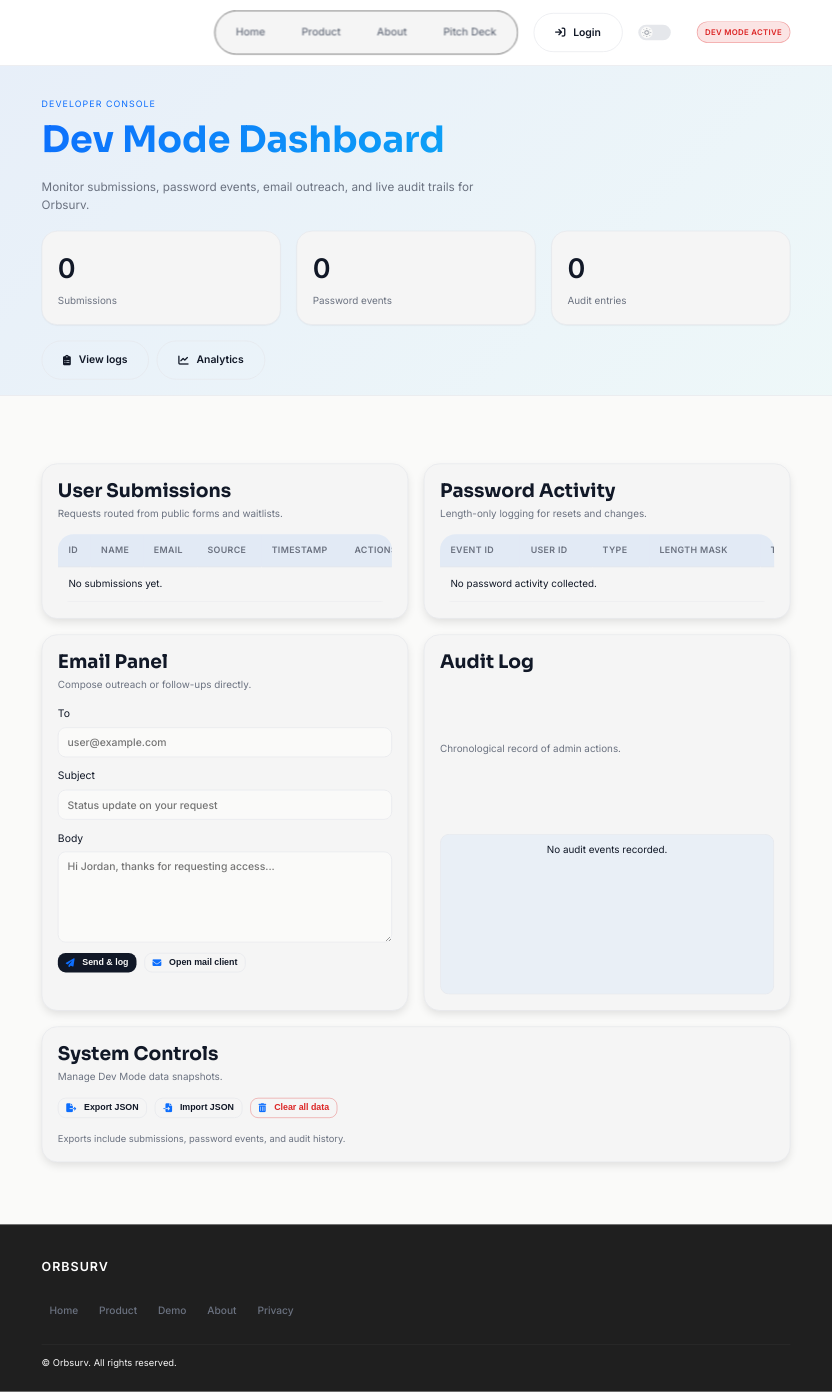
Repository: Wilker00/Orbsurv
Page: site/admin.html
The author's editor kept a copy of each file at every save. The page is drawn from the files as they stood at one save, then again after the next save.
The browser window is 1280 px wide. The pictures show the whole page, at 65% of full size.

Above is the page before, as saved 2025-10-20 21:30:34.

After the next save:
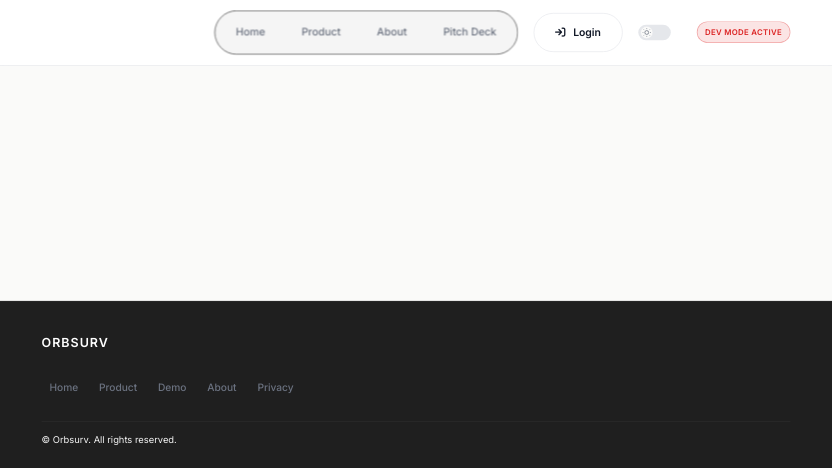
Saved 18 s later.
--- a/site/js/admin.js
+++ b/site/js/admin.js
@@ -62,6 +62,8 @@ async function init() {
   state = loadData();
 
   const unlocked = readUnlocked();
+  console.log('Unlocked state:', unlocked); // Debug log
+
   bindUI();
 
   if (unlocked) {
@@ -213,11 +215,14 @@ function unlockDashboard({ skipAudit = false } = {}) {
   console.log('Modal element:', modal);
   console.log('Content element:', content);
 
+  // Always hide modal and show content regardless of skipAudit
   if (modal) {
+    modal.style.display = 'none';
     modal.setAttribute('hidden', 'hidden');
     console.log('Modal hidden');
   }
   if (content) {
+    content.style.display = 'block';
     content.removeAttribute('hidden');
     console.log('Content shown, hidden attribute removed');
   }
@@ -233,9 +238,16 @@ function unlockDashboard({ skipAudit = false } = {}) {
 
 function showPasscodeModal() {
   const modal = document.querySelector('[data-passcode-modal]');
+  const content = document.querySelector('[data-admin-content]');
   const input = document.querySelector('#admin-passcode');
+
   if (modal) {
+    modal.style.display = 'grid';
     modal.removeAttribute('hidden');
+  }
+  if (content) {
+    content.style.display = 'none';
+    content.setAttribute('hidden', 'hidden');
   }
   if (input) {
     setTimeout(() => input.focus(), 100);
@@ -467,6 +479,10 @@ function commit({ audit, render: shouldRender = true } = {}) {
 function render() {
   try {
     console.log('Rendering admin dashboard...');
+    console.log('Submissions count:', state.submissions.length);
+    console.log('Password events count:', state.passwordEvents.length);
+    console.log('Audit entries count:', state.audit.length);
+
     renderSubmissions();
     renderPasswordEvents();
     renderAudit();
@@ -474,12 +490,16 @@ function render() {
     console.log('Admin dashboard rendered successfully');
   } catch (error) {
     console.error('Error rendering admin dashboard:', error);
+    showToast('Error rendering dashboard', 'error');
   }
 }
 
 function renderSubmissions() {
   const tbody = document.querySelector('[data-submissions-body]');
-  if (!tbody) return;
+  if (!tbody) {
+    console.warn('Submissions body element not found');
+    return;
+  }
 
   if (!state.submissions.length) {
     tbody.innerHTML = `<tr><td colspan="6" class="empty-state">No submissions yet.</td></tr>`;
@@ -519,7 +539,10 @@ function renderSubmissions() {
 
 function renderPasswordEvents() {
   const tbody = document.querySelector('[data-password-body]');
-  if (!tbody) return;
+  if (!tbody) {
+    console.warn('Password events body element not found');
+    return;
+  }
 
   if (!state.passwordEvents.length) {
     tbody.innerHTML = `<tr><td colspan="5" class="empty-state">No password activity collected.</td></tr>`;
@@ -546,7 +569,10 @@ function renderPasswordEvents() {
 
 function renderAudit() {
   const list = document.querySelector('[data-audit-log]');
-  if (!list) return;
+  if (!list) {
+    console.warn('Audit log element not found');
+    return;
+  }
 
   if (!state.audit.length) {
     list.innerHTML = `<li class="empty-state">No audit events recorded.</li>`;
